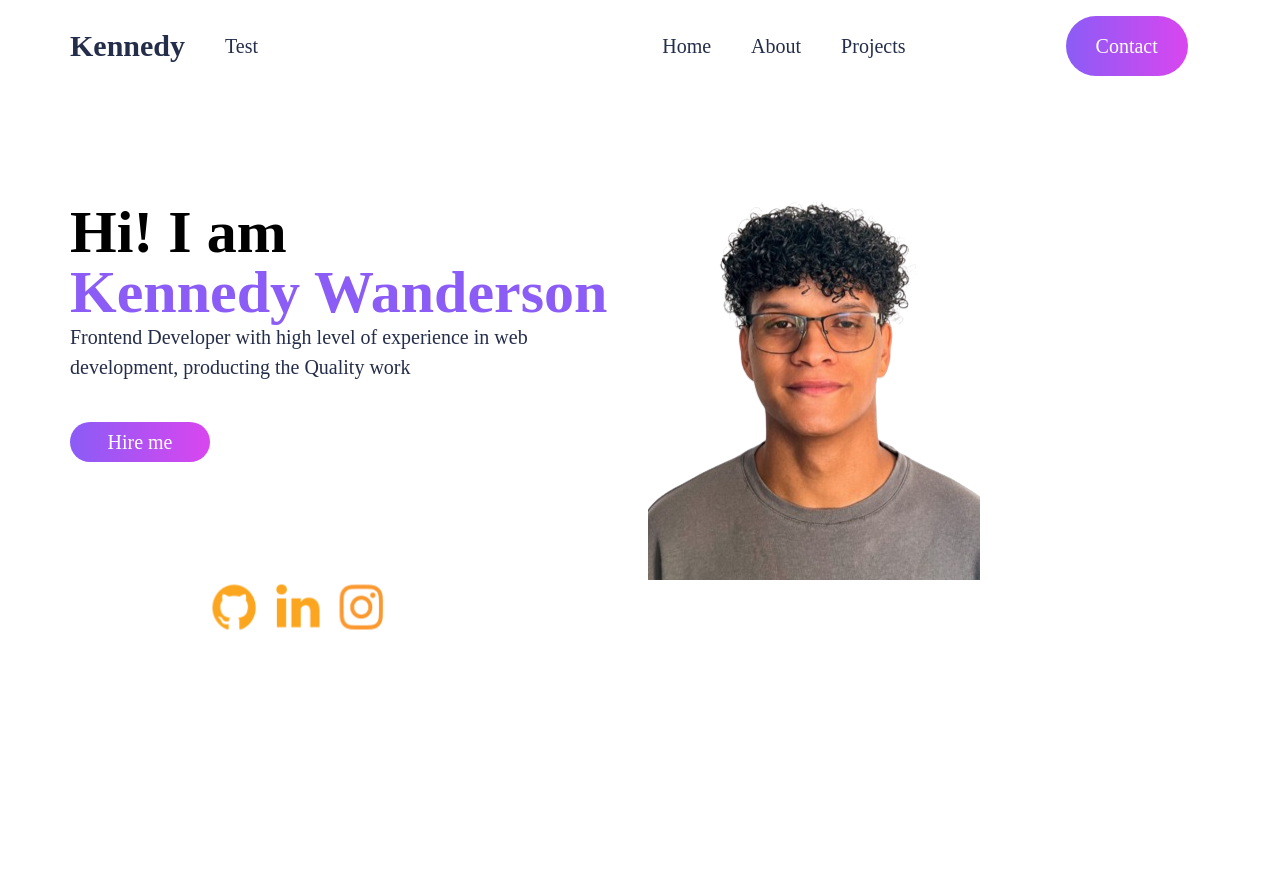
Repository: KennedyWanderson/portfolio
Page: /
An editor plug-in stored every save of this project. The page is shown before and after a run of saves, followed by the edit.
The browser window is 1280 px wide. The pictures show the whole page.
Some web fonts or font styles are not loaded; a fallback is used. The project was rebuilt for these pictures with package versions that can differ from the ones it lists, and the page was loaded fresh each time.

Above is the page before, as saved 2024-01-17 11:47:21.

After the next 2 saves:
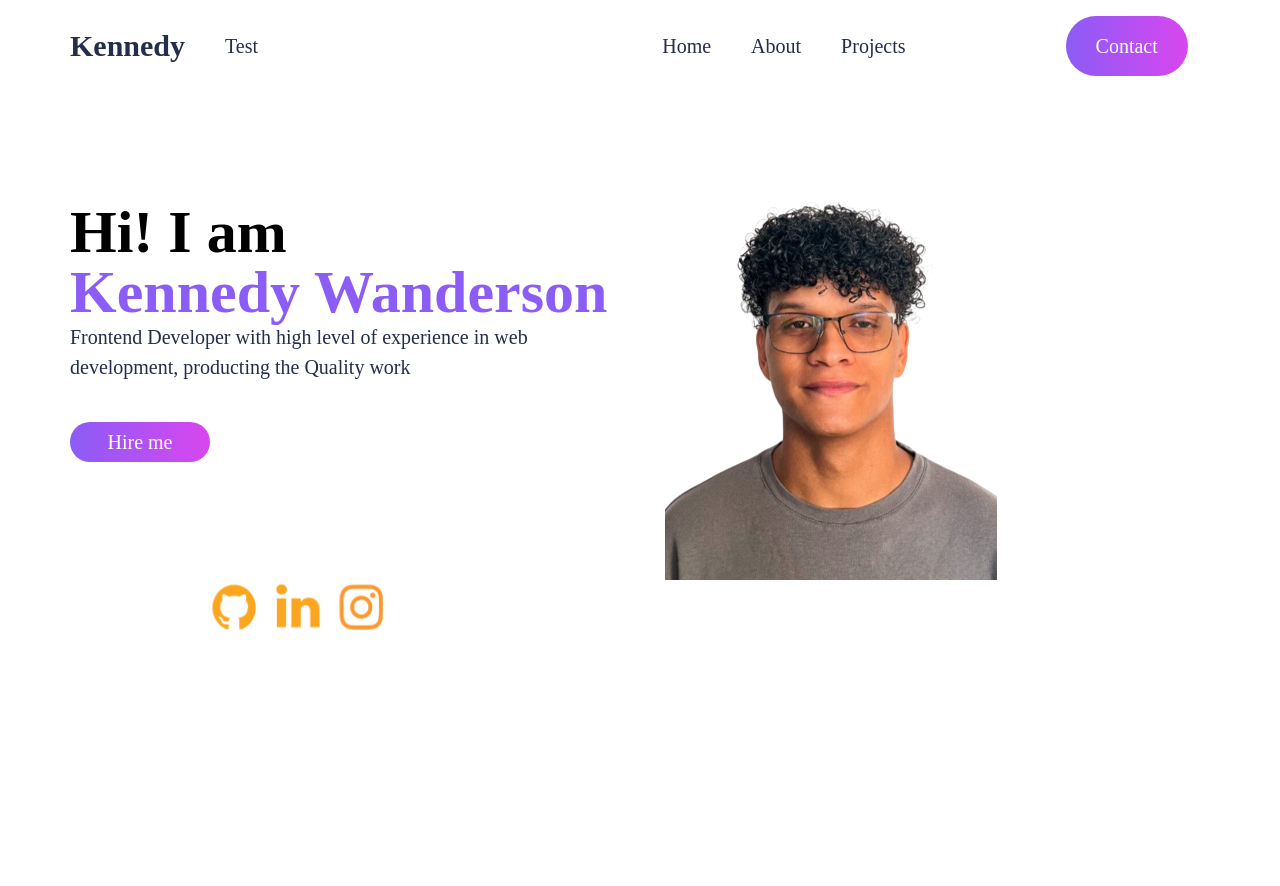
The 2 saves are shown as one change because they came seconds apart.
The last was saved 33 s later.
--- a/src/Components/About/About.jsx
+++ b/src/Components/About/About.jsx
@@ -33,7 +33,7 @@ const About = () => {
                 </div>
             </div>
             <div className="flex-1 relative">
-                <div className="z-[1] absolute left-1.5 ">
+                <div className="z-[1] absolute left-5 ">
                     <img className="scale-145 " src={Profile} alt="" />
                 </div>
             </div>
